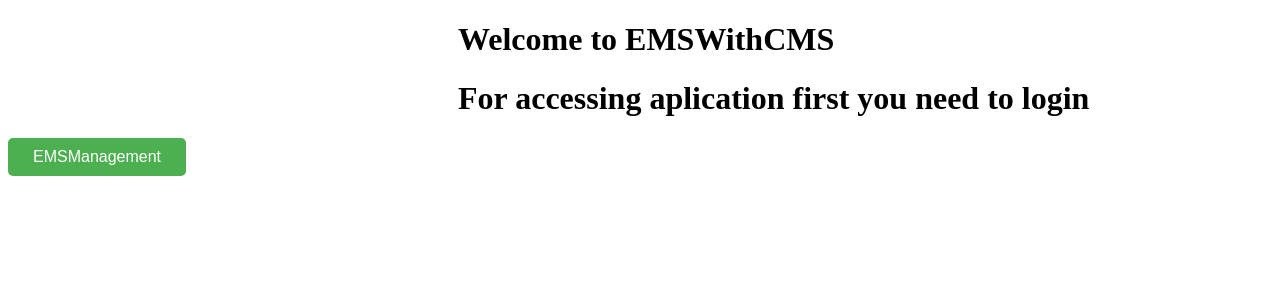
Repository: varnittyagi120/javaproject2
Page: eclipse-workspaceone/CMSWithEMSUsingServletInOptmiseWay/WebContent/index.html
The author's editor kept a copy of each file at every save. The page is drawn from the files as they stood at one save, then again after the next save.
The browser window is 1280 px wide. The pictures show the whole page.

Above is the page before, as saved 2019-11-19 09:23:59.

### eclipse-workspaceone/CMSWithEMSUsingServletInOptmiseWay/WebContent/index.html
<!DOCTYPE html>
<html>
<style>
.button{
  background-color: #4CAF50;
  border: none;
  color: white;
  padding: 10px 25px;
  text-align: center;
  text-decoration: none;
  display: inline-block;
  font-size: 16px;

  border-radius:5px;
}

</style>
<body>
        <h1 style='margin-left:450px'>Welcome to EMSWithCMS</h1>
        <h1 style='margin-left:450px'>For accessing aplication first you need to login</h1>
	    <a href = "StartOfEMS"><button style='margin-left:px'class="button" >EMSManagement</button></a><br><br>
</body>
</html>

After the next save:
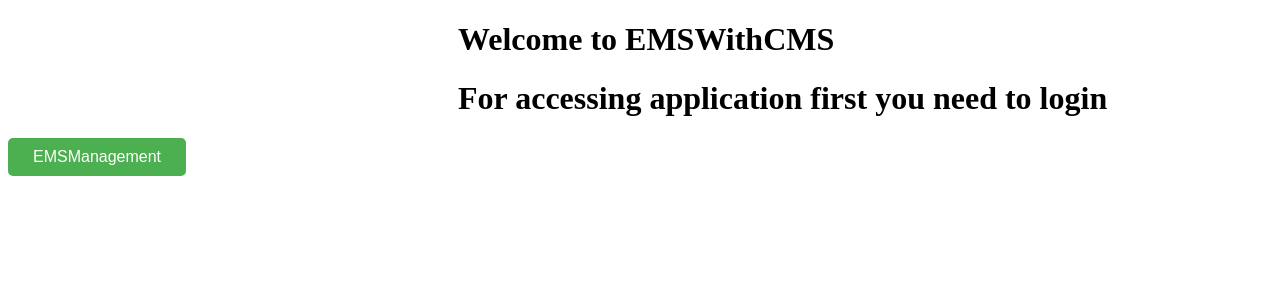
Saved 11 s later.
--- a/eclipse-workspaceone/CMSWithEMSUsingServletInOptmiseWay/WebContent/index.html
+++ b/eclipse-workspaceone/CMSWithEMSUsingServletInOptmiseWay/WebContent/index.html
@@ -17,7 +17,7 @@
 </style>
 <body>
         <h1 style='margin-left:450px'>Welcome to EMSWithCMS</h1>
-        <h1 style='margin-left:450px'>For accessing aplication first you need to login</h1>
+        <h1 style='margin-left:450px'>For accessing application first you need to login</h1>
 	    <a href = "StartOfEMS"><button style='margin-left:px'class="button" >EMSManagement</button></a><br><br>
 </body>
 </html>
